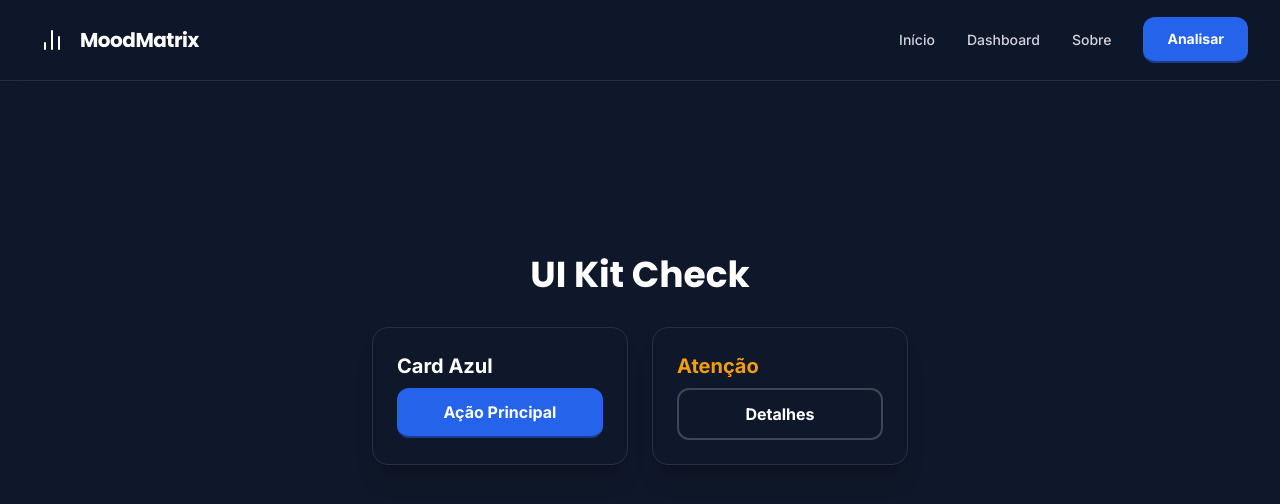
Repository: Hackaton-ONE/hackathon-Frontend
Page: /
An editor plug-in stored every save of this project. The page is shown before and after the next save, followed by the edit.
The browser window is 1280 px wide. The pictures show the whole page.
The project was rebuilt for these pictures with package versions that can differ from the ones it lists, and the page was loaded fresh each time. The framework's server and built-in components were replaced by stand-ins that run in the browser. Also part of the build but not shown: next.config.ts.

Above is the page before, as saved 2026-01-01 14:37:01.

After the next save:
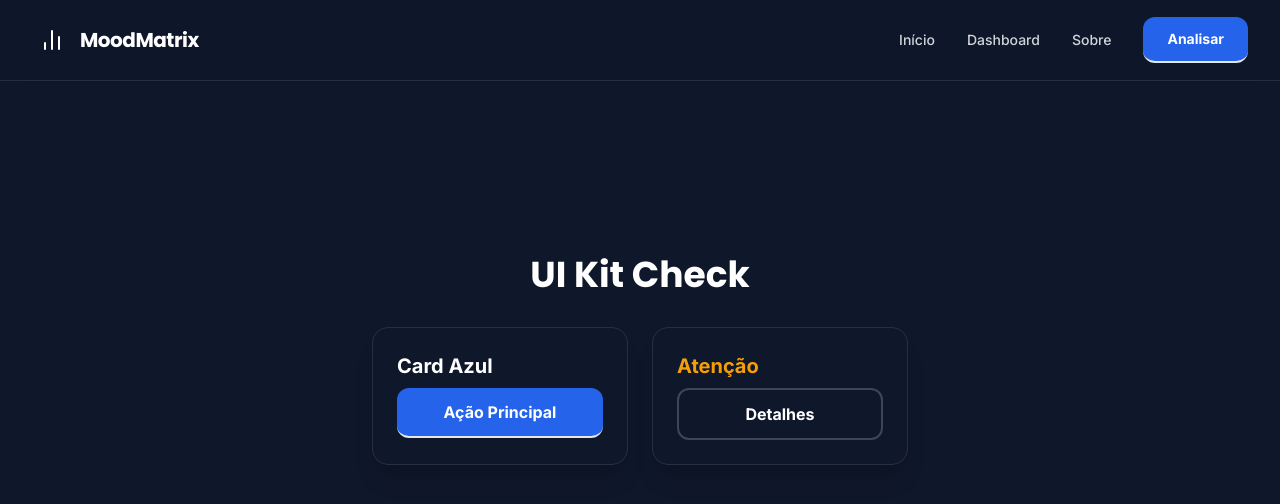
Saved 23 s later.
--- a/components/Button.tsx
+++ b/components/Button.tsx
@@ -10,7 +10,7 @@ export function Button({ variant = "primary", className = "", children, ...props
   const baseStyles = "px-6 py-3 rounded-xl font-bold transition-all duration-200 flex items-center justify-center gap-2 active:scale-[0.98]";
 
   const variants = {
-    primary: "bg-blue-default text-white border-b-2 border-blue-dark hover:brightness-110 active:border-b-0 active:translate-y-1",
+    primary: "bg-blue-default text-white border-b-2  hover:brightness-110 active:border-b-0 active:translate-y-1",
 
     // Outline (Borda simples)
     outline: "bg-transparent border-2 border-white/20 text-white hover:bg-white/5 hover:border-white/40",
